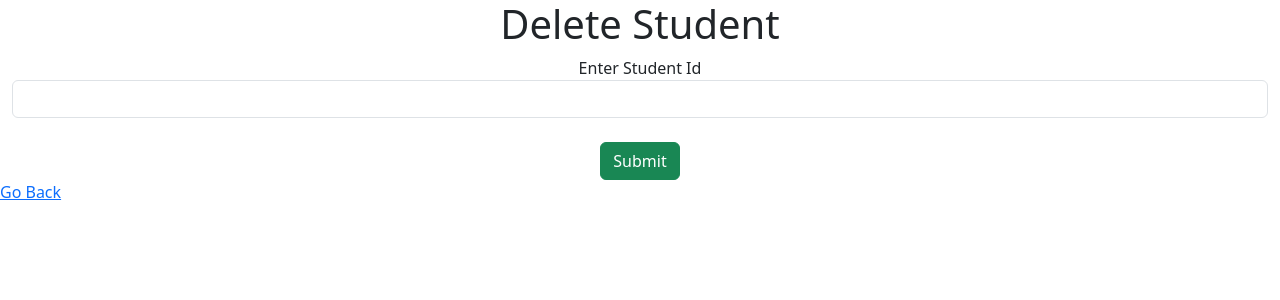
Repository: SNEHASHINDE26/JDBC
Page: eclipse-workspace/StudentApp/src/main/webapp/delete.html
These files come from the project's save history. The page is drawn as it stood at one moment and after the next save; the edit follows.
The browser window is 1280 px wide. The pictures show the whole page.

Above is the page before, as saved 2024-01-17 12:40:30.

After the next save:
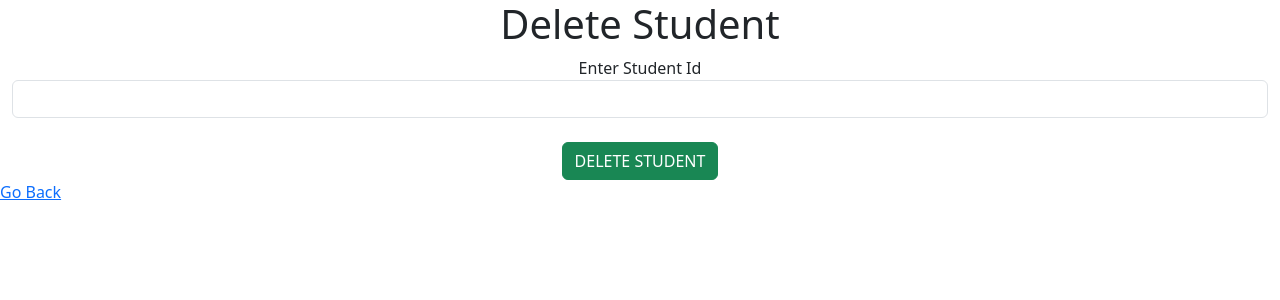
Saved 81 s later.
--- a/eclipse-workspace/StudentApp/src/main/webapp/delete.html
+++ b/eclipse-workspace/StudentApp/src/main/webapp/delete.html
@@ -19,7 +19,7 @@
             </div>
 
             <div class="form-group mt-4">
-             <input type="submit" vlaue="DELETE STUDENT" class="btn btn-success"/>
+             <input type="submit" value="DELETE STUDENT" class="btn btn-success"/>
             </div>
 
          </form>
